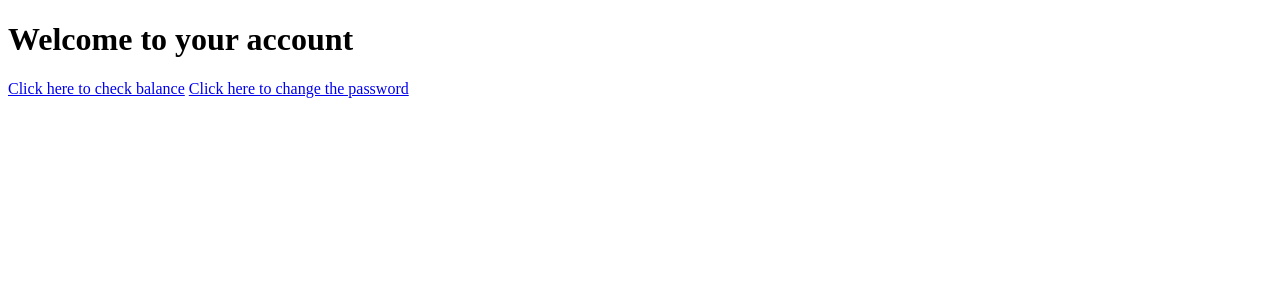
Repository: KGDarshan/BankApplication
Page: CaravanBanking/WebContent/Home.html
An editor plug-in stored every save of this project. The page is shown before and after the next save, followed by the edit.
The browser window is 1280 px wide. The pictures show the whole page.

Above is the page before, as saved 2020-10-09 10:38:25.

After the next save:
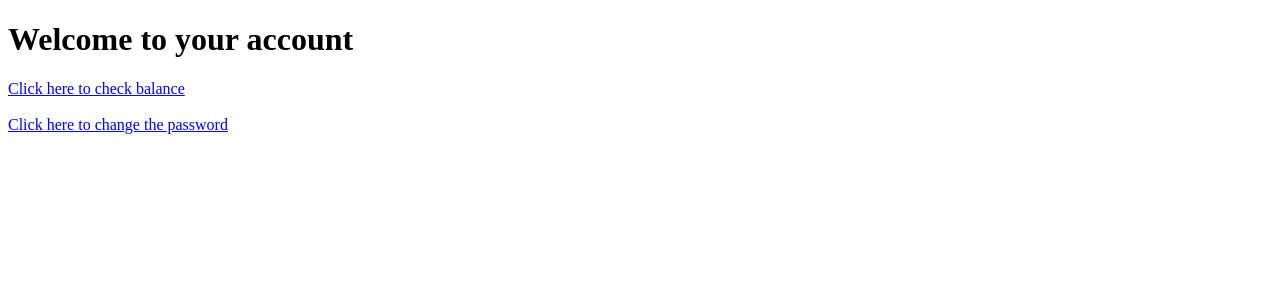
Saved 46 s later.
--- a/CaravanBanking/WebContent/Home.html
+++ b/CaravanBanking/WebContent/Home.html
@@ -6,7 +6,7 @@
 </head>
 <body>
 	<h1>Welcome to your account</h1>
-	<a href="Checkbalance">Click here to check balance</a>
+	<a href="Checkbalance">Click here to check balance</a><br><br>
 	<a href="ChangePwd.html">Click here to change the password</a>
 </body>
 </html>
